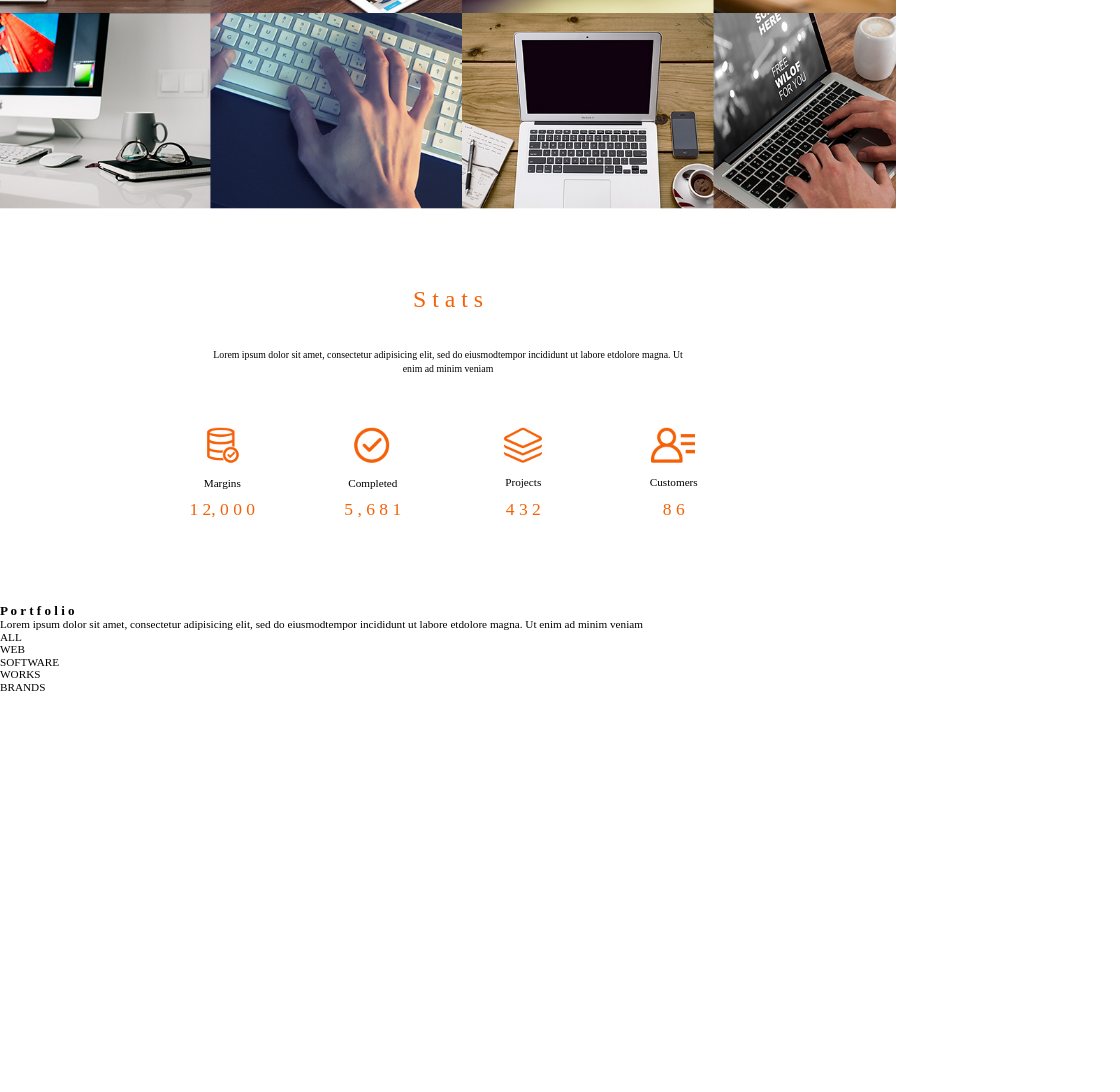
Repository: ScarApocalypse/study
Page: HTML5learning/HTML5作业/index.html
An editor plug-in stored every save of this project. The page is shown before and after the next save, followed by the edit.
The browser window is 1280 px wide. The page is 1600 px wide, so the pictures cover 1600 px, including what lies to the right of the window. The pictures show the part of the page from y = 1440 to 3000 px (the page is 3000 px tall), at 70% of full size.

Above is the page before, as saved 2019-03-20 20:59:27.

### HTML5learning/HTML5作业/index.html
<!DOCTYPE html>
<html lang="en">
<head>
    <meta charset="UTF-8">
    <title>Document</title>
    <link rel="stylesheet" href="css/index.css">
    <script src="js/index.js"></script>
</head>
<body>
    <!-- 顶部区域 -->
    <header>
            <div class="container">
                    <a href="index.html" class="logo"><img src="img/logo.jpg" alt=""></a>
                    <nav>
                        <a href="#">HOME</a>
                        <a href="#">PORTFOLIO</a>
                        <a href="#">TEAM</a>
                        <a href="#">CONTACT US</a>
                    </nav>
            </div>

    </header>
    <!-- banner区域 -->
    <section class="banner">
        <div class="container">
                <article>
                        <h1>Welcome to Website</h1>
                        <p>Lorem ipsum dolor sit amet, consectetur adipisicing elit</p>
                    </article>
        </div>

    </section>
    <!-- Portfolio区域 -->
    <section class="Portfolio">
        <div class="container">
            <aside>
                <h1>P o r t f o l i o</h1>
            </aside>
            <article>
                <p>Lorem ipsum dolor sit amet, consectetur adipisicing elit, sed do eiusmodtempor incididunt ut labore etdolore magna. Ut enim ad minim veniam</p>
                <ul class="keyWord clearfix">
                    <li>ALL</li>
                    <li>WEB</li>
                    <li>SOFTWARE</li>
                    <li>WORKS</li>
                    <li>BRANDS</li>
                </ul>
            </article>

        </div>
        <div class="portfolio-nav"></div>
    </section>
    <!-- Stats区域 -->
    <section class="Stats">
            <div class="container">
                    <aside>
                        <h1>S t a t s</h1>
                    </aside>
                    <article>
                        <p>Lorem ipsum dolor sit amet, consectetur adipisicing elit, sed do eiusmodtempor incididunt ut labore etdolore magna. Ut enim ad minim veniam</p>
                    </article>

            </div>
                <div class="stats-icon clearfix">
                    <div class="item">
                            <img src="img/stats1.jpg" alt="">
                            <div class="name">Margins</div>
                            <div class="number">1 2, 0 0 0</div>
                    </div>
                    <div class="item">
                            <img src="img/stats2.jpg" alt="">
                            <div class="name">Completed</div>
                            <div class="number">5 , 6 8 1</div>
                    </div>
                    <div class="item">
                            <img src="img/stats3.jpg" alt="">
                            <div class="name">Projects</div>
                            <div class="number">4 3 2</div>
                    </div>
                    <div class="item">
                            <img src="img/stats4.jpg" alt="">
                            <div class="name">Customers</div>
                            <div class="number">8 6</div>
                    </div>
                </div>
    </section>
    <!-- Team区域 -->
    <section class="Team">
            <div class="container">
                    <aside>
                        <h1>P o r t f o l i o</h1>
                    </aside>
                    <article>
                        <p>Lorem ipsum dolor sit amet, consectetur adipisicing elit, sed do eiusmodtempor incididunt ut labore etdolore magna. Ut enim ad minim veniam</p>
                        <ul class="keyWord clearfix">
                            <li>ALL</li>
                            <li>WEB</li>
                            <li>SOFTWARE</li>
                            <li>WORKS</li>
                            <li>BRANDS</li>
                        </ul>
                    </article>
           </div>
    </section>
    <!-- Contact区域 -->
    <section class="Contact">

    </section>
    <!-- 页脚区域 -->
    <footer></footer>
</body>
</html>

### HTML5learning/HTML5作业/css/index.css
*{
    margin:0;
    padding:0;
    list-style: none;
}
body{
    height: 3000px;
    font-family:Microsoft YaHei UI;
}
a{
    text-decoration: none;
}
.clearfix:after{
    content:"";
    height: 0;
    line-height: 0;
    display: block;
    visibility: hidden;
    clear:both;
}
.clearfix{
    zoom:1;
}
/* 顶部区域 */
header{
    height: 95px;
    width: 100%;
    background: #2e2e2e;
}
header > .container{
    width: 1600px;
    margin:0 auto;
    line-height: 95px;
}
header > .container > a.logo{
    float: left;
    margin-top:7px;
}
header > .container > nav{
    float:right;
}
header > .container > nav > a{
    float: left;
    color:#fff;
    margin-left:50px;
}
/* banner区域 */
.banner{
    height: 675px;
    width: 100%;
    background:url(../img/banner.jpg) no-repeat center;
    background-size: cover;
    color:#fff;
    /* overflow: hidden; */
}
.banner > .container{
    width: 850px;
    margin:0 auto;
    text-align: center;
    padding-top:280px;

}
.banner > .container > article > h1{
    font-size:57px;

}
.banner > .container > article > p{
    font-size:16px;
    line-height: 1.5em;
}
/* Portfolio区域 */
.Stats,
.Portfolio{
    width: 100%;
    /* height: 410px; */
    overflow: hidden;
}
.Stats > .container,
.Portfolio > .container{
    width: 700px;
    margin:0 auto;
    text-align: center;

}
.Stats > .container > aside >h1,
.Portfolio > .container > aside >h1{
    color:#f46208;
    font-size:34px;
    font-weight:500;
    margin:110px 0 50px;
}
.Stats > .container > article >p,
.Portfolio > .container > article >p{
    font-size:14px;
    font-weight: 500;
    margin-bottom:72px;
    line-height: 1.5em;
}
.Stats > .container > article > ul.keyWord,
.Portfolio > .container > article > ul.keyWord{
    display: inline-block;
    margin-bottom:50px;
}
.Stats > .container > article > ul.keyWord >li,
.Portfolio > .container > article > ul.keyWord >li{
    float: left;
    /* width: 60px; */
    height: 40px;
    border:1px solid #f46208;
    text-align: center;
    line-height: 40px;
    margin:0 16px;
    font-size:16px;
    padding:0 10px;
    color:#f46208;
}
.Stats > .container > article > ul.keyWord >li:hover
.Portfolio > .container > article > ul.keyWord >li:hover{
    background: #f46208;
    color:#fff;
    cursor: pointer;
}
.Stats-nav,
.portfolio-nav{
    background: url(../img/portfolio-nav-img.jpg) no-repeat center;
    background-size: cover;
    height: 560px;
    width: 100%;
}
/* Stats区域 */
.Stats{
    text-align: center;
}
.Stats > .stats-icon{
   display: inline-block;
   margin-bottom:115px;
}
.Stats > .stats-icon > .item{

    width: 145px;
    /* height: 160px; */
    float: left;
    margin:0 35px;
}
.Stats > .stats-icon > .item >.name{
    margin:15px 0;
    font-size:16px;
}
.Stats > .stats-icon > .item >.number{
    font-size:25px;
    color:#f46208;
}
/* TEAM区域 */
.Team{
}

### HTML5learning/HTML5作业/js/index.js
window.onload=function(){
    console.log("hello");
};

After the next save:
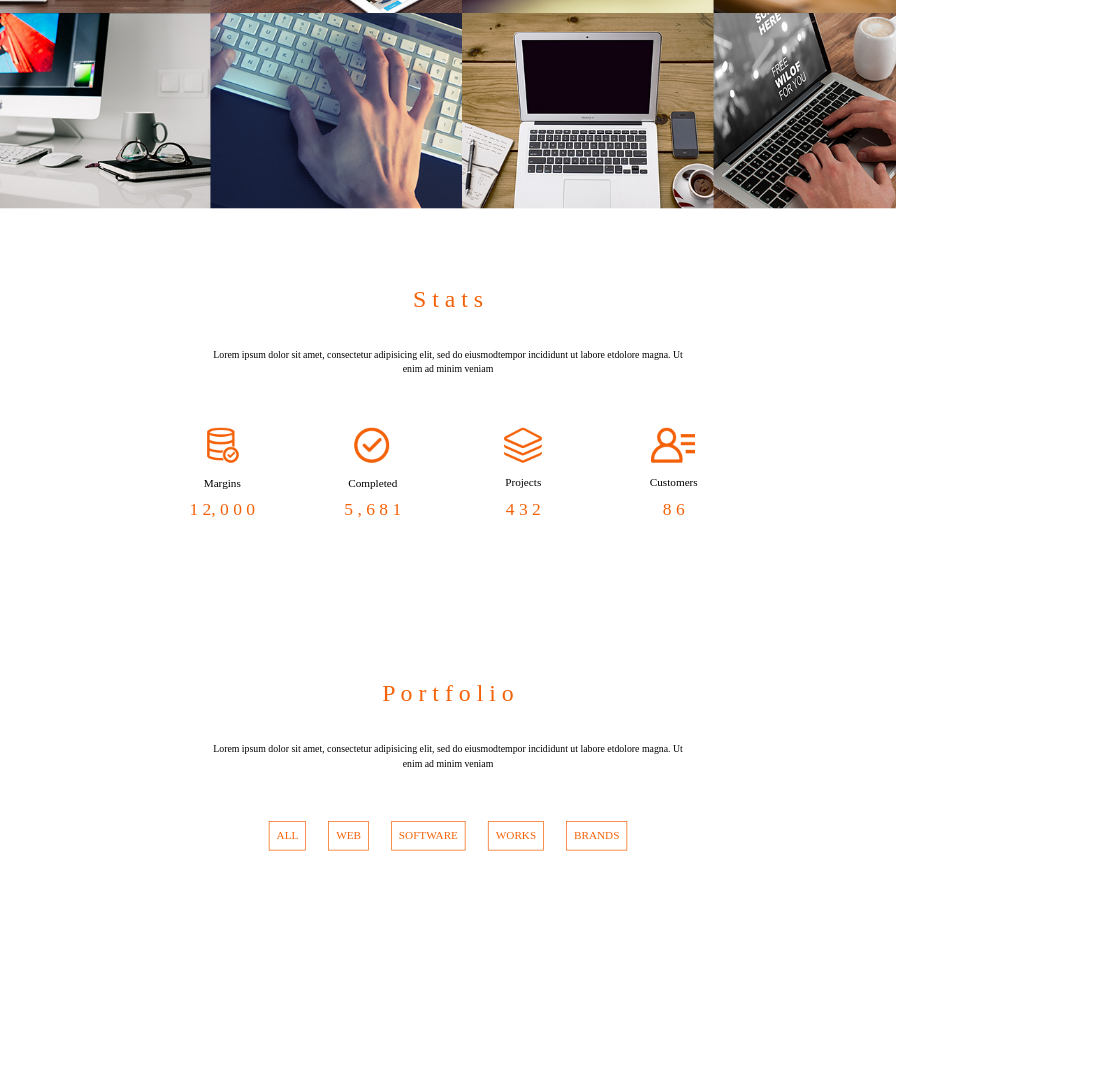
Saved 109 s later.
--- a/HTML5learning/HTML5作业/css/index.css
+++ b/HTML5learning/HTML5作业/css/index.css
@@ -69,12 +69,14 @@ header > .container > nav > a{
     line-height: 1.5em;
 }
 /* Portfolio区域 */
+.Team,
 .Stats,
 .Portfolio{
     width: 100%;
     /* height: 410px; */
     overflow: hidden;
 }
+.Team > .container,
 .Stats > .container,
 .Portfolio > .container{
     width: 700px;
@@ -82,6 +84,7 @@ header > .container > nav > a{
     text-align: center;
 
 }
+.Team > .container > aside >h1,
 .Stats > .container > aside >h1,
 .Portfolio > .container > aside >h1{
     color:#f46208;
@@ -89,6 +92,7 @@ header > .container > nav > a{
     font-weight:500;
     margin:110px 0 50px;
 }
+.Team > .container > article >p,
 .Stats > .container > article >p,
 .Portfolio > .container > article >p{
     font-size:14px;
@@ -96,11 +100,13 @@ header > .container > nav > a{
     margin-bottom:72px;
     line-height: 1.5em;
 }
+.Team > .container > article > ul.keyWord,
 .Stats > .container > article > ul.keyWord,
 .Portfolio > .container > article > ul.keyWord{
     display: inline-block;
     margin-bottom:50px;
 }
+.Team > .container > article > ul.keyWord >li,
 .Stats > .container > article > ul.keyWord >li,
 .Portfolio > .container > article > ul.keyWord >li{
     float: left;
@@ -114,13 +120,13 @@ header > .container > nav > a{
     padding:0 10px;
     color:#f46208;
 }
+.Team > .container > article > ul.keyWord >li:hover
 .Stats > .container > article > ul.keyWord >li:hover
 .Portfolio > .container > article > ul.keyWord >li:hover{
     background: #f46208;
     color:#fff;
     cursor: pointer;
 }
-.Stats-nav,
 .portfolio-nav{
     background: url(../img/portfolio-nav-img.jpg) no-repeat center;
     background-size: cover;
